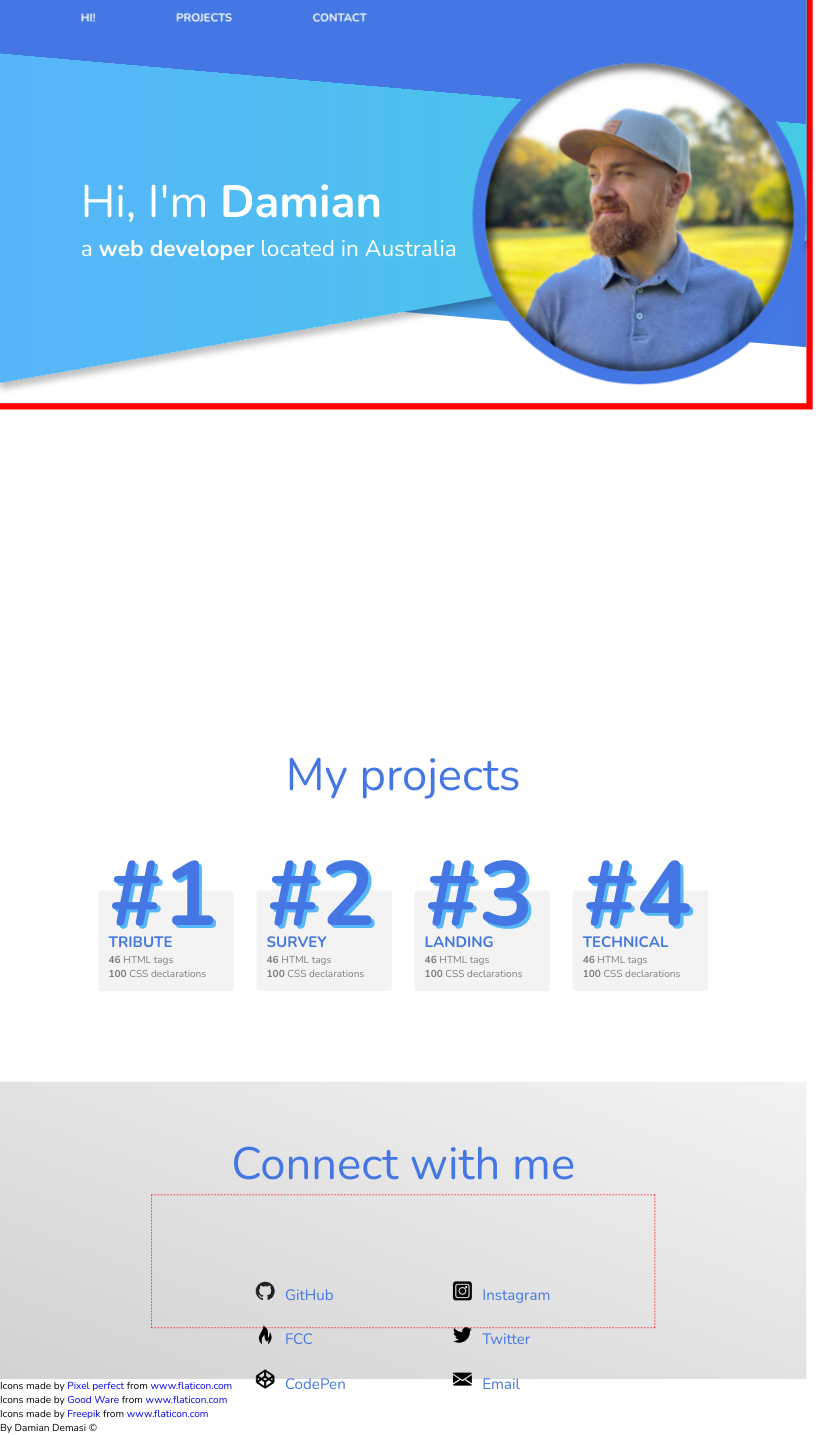
Repository: Colo-Codes/freecodecamp-05-Personal-Portfolio-Webpage
Page: index.html
The author's editor kept a copy of each file at every save. The page is drawn from the files as they stood at one save, then again after the next save.
The browser window is 1280 px wide. The page is 1320 px wide, so the pictures cover 1320 px, including what lies to the right of the window. The pictures show the whole page, at 63% of full size.

Above is the page before, as saved 2021-06-04 06:35:09.

### index.html
<!DOCTYPE html>
<html lang="en">
<head>
    <meta charset="UTF-8">
    <meta http-equiv="X-UA-Compatible" content="IE=edge">
    <meta name="viewport" content="width=device-width, initial-scale=1.0">
    <link rel="preconnect" href="https://fonts.gstatic.com">
    <link href="https://fonts.googleapis.com/css2?family=Nunito:wght@300;400;700&display=swap" rel="stylesheet">
    <link rel="stylesheet" href="./css/index.css">
    <title>Personal Portfolio Webpage</title>
</head>
<body>
    <header>
        <navbar id="navbar">
            <div id="navbar-container">
                <ul id="navbar-flex-container">
                    <li class="navbar-flex-item">Hi!</li>
                    <li class="navbar-flex-item">Projects</li>
                    <li class="navbar-flex-item">Contact</li>
                </ul>
            </div>
        </navbar>
    </header>

    <section id="welcome-section">
            <div id="welcome-section-container">
                    <div id="hero-img" role="img" aria-label="Damian's profile picture: he has a hat, beard, and he is looking left while standing on a green field."></div>
                <div id="hero-text-container">
                    <h1>Hi, I'm <strong>Damian</strong></h1>
                    <p>a <strong>web developer</strong> located in Australia</p>
                </div>
            </div>
            <div id="top-layer"></div>
            <div id="bottom-layer">
                <div id="scroll-to-explore">
                    <p>Scroll to explore</p>
                    <img src="./img/down-arrow.png" alt="Arrow pointing down." height="40px">
                </div>
            </div>
    </section>

    <section id="projects">
        <h2>My projects</h2>
        <div id="project-card-flex-container">

            <div class="project-card">
                <div class="project-card-bg">
                    <div class="project-tile">
                        <a href="#project1"><h3>#1</h3><h4>Tribute</h4></a>
                    </div>
                    <div class="project-descr">
                        <p><strong>46</strong> HTML tags</p>
                        <p><strong>100</strong> CSS declarations</p>
                    </div>
                </div>
            </div>

            <div class="project-card">
                <div class="project-card-bg">
                    <div class="project-tile">
                        <a href="#project1"><h3>#2</h3><h4>Survey</h4></a>
                    </div>
                    <div class="project-descr">
                        <p><strong>46</strong> HTML tags</p>
                        <p><strong>100</strong> CSS declarations</p>
                    </div>
                </div>
            </div>

            <div class="project-card">
                <div class="project-card-bg">
                    <div class="project-tile">
                        <a href="#project1"><h3>#3</h3><h4>Landing</h4></a>
                    </div>
                    <div class="project-descr">
                        <p><strong>46</strong> HTML tags</p>
                        <p><strong>100</strong> CSS declarations</p>
                    </div>
                </div>
            </div>

            <div class="project-card">
                <div class="project-card-bg">
                    <div class="project-tile">
                        <a href="#project1"><h3>#4</h3><h4>Technical</h4></a>
                    </div>
                    <div class="project-descr">
                        <p><strong>46</strong> HTML tags</p>
                        <p><strong>100</strong> CSS declarations</p>
                    </div>
                </div>
            </div>

        </div>
    </section>

    <section id="contact">
        <h2>Connect with me</h2>
        <div id="contact-networks">
            <div class="contact-networks-col">
                <a href="" id="profile-link" target="_blank"><img src="./img/github.png" width="30px"><span>GitHub</span></a>
                <a href="" id="profile-link-fcc" target="_blank"><img src="./img/fire.png" width="30px"><span>FCC</span></a>
                <a href="" id="profile-link-codepen" target="_blank"><img src="./img/3d-outlined-shape.png" width="30px"><span>CodePen</span></a>
            </div>
            <div class="contact-networks-col">
                <a href="" id="profile-link-instagram" target="_blank"><img src="./img/instagram.png" width="30px"><span>Instagram</span></a>
                <a href="" id="profile-link-twitter" target="_blank"><img src="./img/twitter.png" width="30px"><span>Twitter</span></a>
                <a href="mailto:damian.demasi.1@gmail.com" id="profile-link-email" target="_blank"><img src="./img/email.png" width="30px"><span>Email</span></a>
            </div>
        </div>
    </section>

    <footer>
        <div>Icons made by <a href="https://www.flaticon.com/authors/pixel-perfect" title="Pixel perfect">Pixel perfect</a> from <a href="https://www.flaticon.com/" title="Flaticon">www.flaticon.com</a></div>
        <div>Icons made by <a href="https://www.flaticon.com/authors/good-ware" title="Good Ware">Good Ware</a> from <a href="https://www.flaticon.com/" title="Flaticon">www.flaticon.com</a></div>
        <div>Icons made by <a href="https://www.freepik.com" title="Freepik">Freepik</a> from <a href="https://www.flaticon.com/" title="Flaticon">www.flaticon.com</a></div>
        <p>By Damian Demasi &copy;</p>
    </footer>
</body>
</html>

### css/index.css
/* @media */

/* The height of the welcome section should be equal to the height of the viewport. */

/* The navbar should always be at the top of the viewport. */

/* Border-box and font-size */
html {
    box-sizing: border-box;
    font-size: 16px;
}
body {
    font-family: 'Nunito', sans-serif;
}

/* Reset margins and set global values */

*, *::before, *::after {
    box-sizing: inherit;
    margin: 0;
    padding: 0;
}

a:link {
    text-decoration: none;
}

/* Navbar */

#navbar {
    display: block;
    background-color: #4477E3;
    /* 1rem = 16px -> 18.75rem = 300px */
    height: 18.75rem;
    width: 100%;
    transform: skewY(5deg) translateY(-10rem);
    position: fixed;
    z-index: 4;
}
#navbar-container {
    max-width: 90rem;
    margin: auto;
}

#navbar-flex-container {
    display: flex;
    /* align-items: center; */
    /* justify-content: space-around; */
    height: 100%;
    transform: skewY(-5deg) translateY(5rem);
    z-index: 4;
}
.navbar-flex-item {
    list-style: none;
    margin: 6rem 0 0 8rem;
    font-style: normal;
    font-weight: bold;
    font-size: 1.125rem;
    text-transform: uppercase;
    color: white;
}

/* Hero */

#welcome-section-container {
    /* 1440px = 90rem */
    max-width: 90rem;
    height: 40rem;
    margin: auto;
    outline: 10px solid red;
    position: relative;
}

#hero-text-container h1 {
    padding-top: 17rem;
    margin-left: 8rem;
    font-size: 4.5rem;
    font-weight: 300;
    color: white;
}

#hero-text-container > p {
    margin-left: 8rem;
    font-size: 2.25rem;
    color: white;
    font-weight: 300;
}

#hero-text-container {
    position: relative;
    z-index: 3;
}

#hero-img {
    top: 5rem;
    right: 0rem;
    border-radius: 50%;
    width: 33.125rem;
    height: 33.125rem;
    border: 20px solid #4477E3;
    background: url(../img/6D5BF231-2A3E-4029-9EFE-9C82AF0D506F_1_105_c.jpeg);
    background-position: center;
    background-size: contain;
    background-repeat: no-repeat;
    box-shadow: inset 0px 0px 10px 10px rgba(0, 0, 0, 0.5);
    position: absolute;
    z-index: 5;
}

#top-layer {
    background: #57B5FA; /* fallback for old browsers */
    background: -webkit-linear-gradient(to left, #44CBE3, #57B5FA);  /* Chrome 10-25, Safari 5.1-6 */
    background: linear-gradient(to left, #44CBE3, #57B5FA); /* W3C, IE 10+/ Edge, Firefox 16+, Chrome 26+, Opera 12+, Safari 7+ */
    /* 1rem = 16px -> 60.31rem = 865px + 100px */
    /* height: 60.31rem; */
    height: 100vh;
    width: 100%;
    transform: skewY(-10deg) translateY( -54.06rem );
    box-shadow: 0px 10px 10px rgba(0, 0, 0, 0.25);
    position: relative;
    z-index: 2;
}

#bottom-layer {
    background: #4477E3; /* fallback for old browsers */
    background: -webkit-linear-gradient(to right, #44CBE3, #4477E3);  /* Chrome 10-25, Safari 5.1-6 */
    background: linear-gradient(to right, #44CBE3, #4477E3); /* W3C, IE 10+/ Edge, Firefox 16+, Chrome 26+, Opera 12+, Safari 7+ */
    /* 1rem = 16px -> 54.06rem = 865px */
    height: 54.06rem;
    width: 100%;
    transform: skewY(5deg) translateY(-108.12rem); /* 54.06 * 2 */
    position: relative;
    z-index: 1;
}

#scroll-to-explore {
    position: relative;
    top: 90%;
    margin-left: 90%;
    transform: skewY(-5deg);

}

#scroll-to-explore > p {
    font-size: 1.125rem;
    color: white;
    font-weight: 300;
}

#scroll-to-explore > img {
    margin: .5rem 8rem 0 0;
    filter: invert(1);
}

/* Projects */

#projects {
    max-width: 62.72rem;
    margin: -145vh auto 0;

}

#project-card-flex-container {
    display: flex;
    justify-content: space-around;
}

#projects h2 {
    color: #4477E3;
    font-size: 4.5rem;
    font-weight: 300;
    text-align: center;
    margin-bottom: 3.375rem;
}

.project-card {
    display: block;
    width: 13.43rem;
    height: 15rem;
    transition: .3s;

}

.project-card:hover {
    background: #F3F3F3;
    background-color: #F3F3F3;
    box-shadow: 0px 10px 30px 3px rgba(0, 0, 0, 0.25);
    border-radius: 5px;
    transition: linear;
    transition: .3s;
}

.project-card-bg {
    margin-top: 5rem;
    height: 10rem;
    background-color: #F3F3F3;
    border-radius: 5px;
    position: relative;
}

.project-card-bg div {
    margin-left: 1rem;
}

.project-tile {
    position: relative;
    top: -4rem;
}

.project-descr {
    position: relative;
    top: -4rem;
    color: #7D7D7D;
}

.project-tile h3 {
    font-weight: 700;
    font-size: 9rem;
    line-height: 1;
    text-shadow: 5px 5px #57B5FA;

}

.project-tile h4 {
    margin-top: -1rem;
    font-size: 1.5rem;
    text-transform: uppercase;
    line-height: 1.5;
}

.project-tile a {
    color: #4477E3;
}

/* Contact */

#contact {
    margin-top: 9rem;
    padding: 5.06rem 0;
    width: 100%;
    height: 100%;
    background: #F3F3F3; /* fallback for old browsers */
    background: -webkit-linear-gradient(to top right, #d2d2d2, #F3F3F3);  /* Chrome 10-25, Safari 5.1-6 */
    background: linear-gradient(to top right, #d2d2d2, #F3F3F3); /* W3C, IE 10+/ Edge, Firefox 16+, Chrome 26+, Opera 12+, Safari 7+ */
}

#contact h2 {
    font-size: 4.5rem;
    font-weight: 300;
    color: #4477E3;
    text-align: center;
}

#contact-networks {
    width: 50rem;
    display: flex;
    margin: auto;
    border: 1px dashed red;
    justify-content: space-around;
}

.contact-networks-col {
    display: flex;
    flex-direction: column;

}

.contact-networks-col:first-of-type {
    margin-left: 5rem;
}

.contact-networks-col:last-of-type {
    margin-right: 5rem;
}

.contact-networks-col a {
    font-size: 1.5rem;
    color: #4477E3;
    position: relative;
    top:50%;
}

.contact-networks-col img {
    margin: 2rem 1rem 0 0;
}

After the next save:
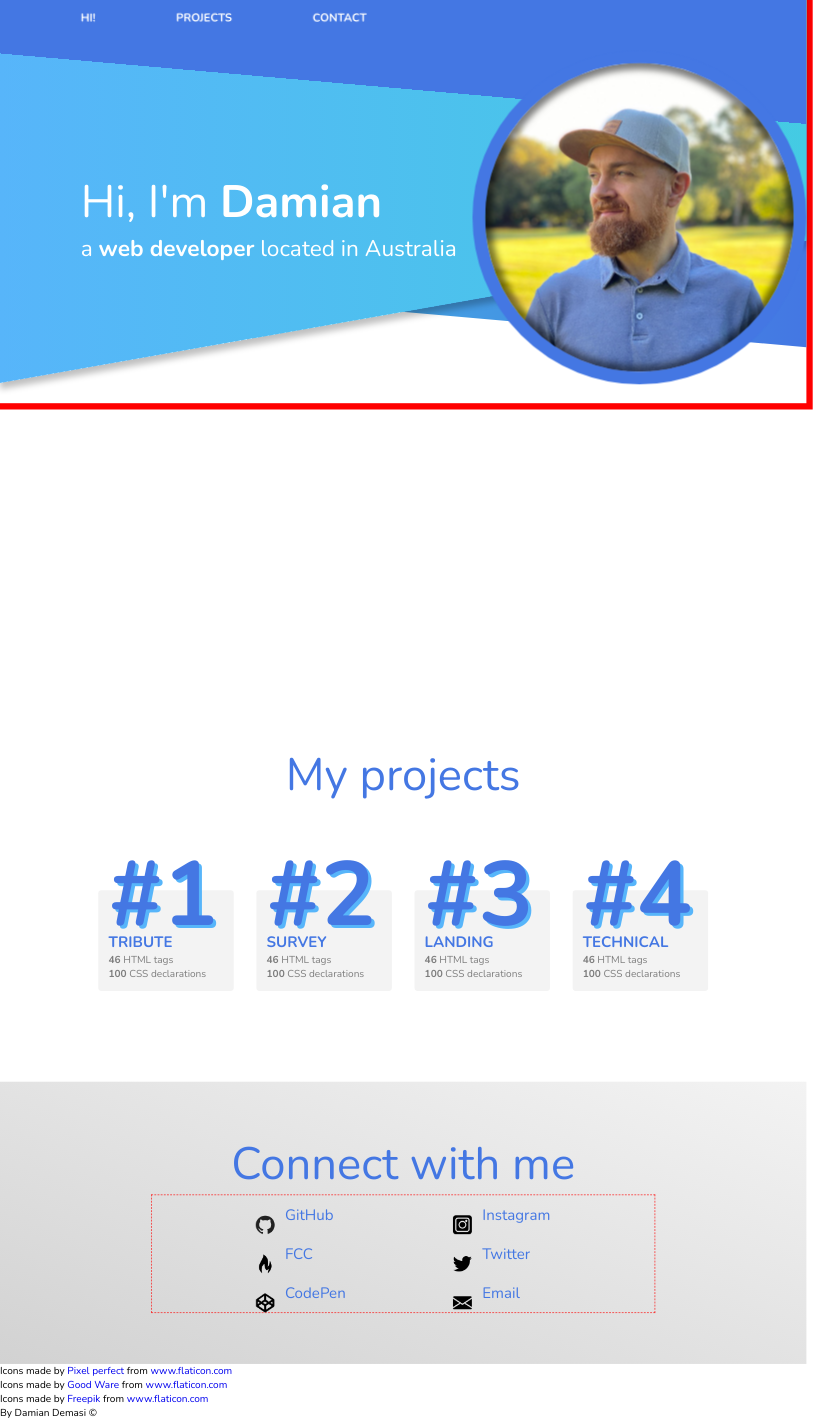
Saved 38 s later.
--- a/css/index.css
+++ b/css/index.css
@@ -276,8 +276,8 @@ a:link {
 .contact-networks-col a {
     font-size: 1.5rem;
     color: #4477E3;
-    position: relative;
-    top:50%;
+    display: flex;
+    align-items: center;
 }
 
 .contact-networks-col img {
